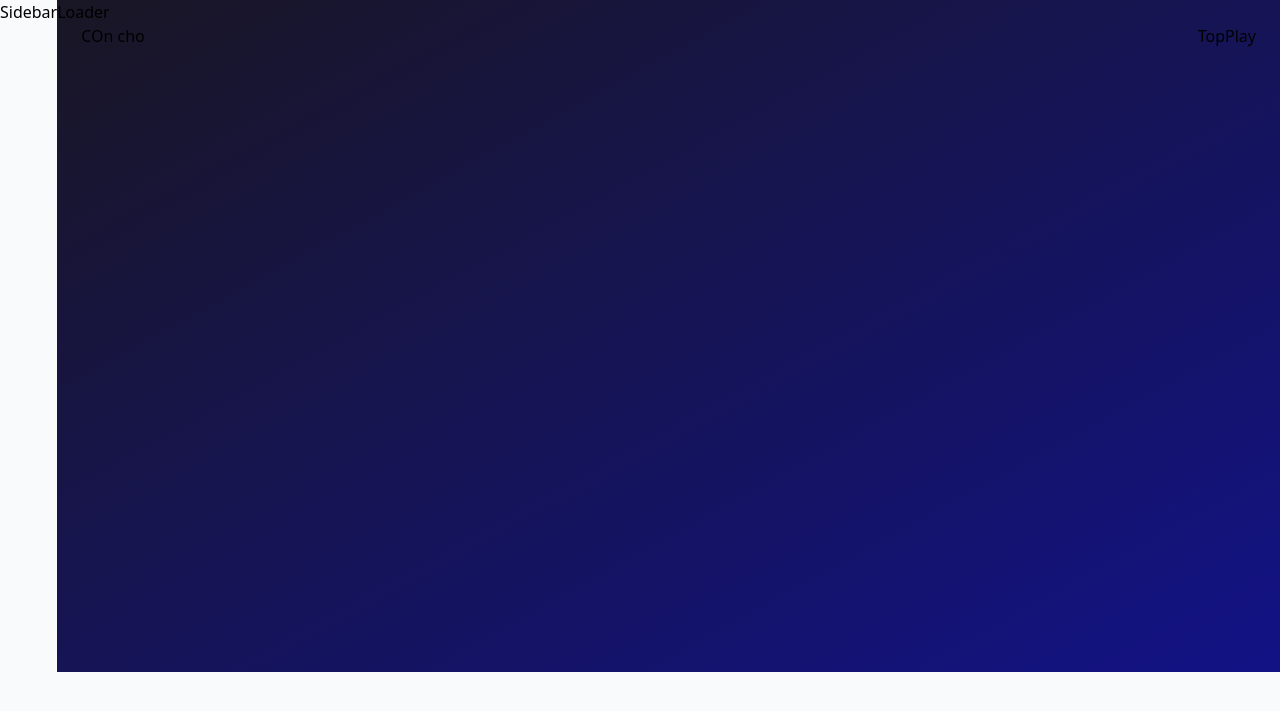
Repository: sonzx117/Sportify
Page: / (app in lyriks_starter_code/)
These files come from the project's save history. The page is drawn as it stood at one moment and after a run of saves; the edit follows.
The browser window is 1280 px wide. The pictures show the whole page.
The project was rebuilt for these pictures with package versions that can differ from the ones it lists, and the page was loaded fresh each time. Also part of the build but not shown: lyriks_starter_code/vite.config.js, lyriks_starter_code/src/components/SongCard.jsx, lyriks_starter_code/src/components/ArtistCard.jsx, lyriks_starter_code/src/components/DetailsHeader.jsx, lyriks_starter_code/src/components/PlayPause.jsx, lyriks_starter_code/src/components/SongBar.jsx, lyriks_starter_code/src/components/RelatedSongs.jsx, lyriks_starter_code/src/components/MusicPlayer/Controls.jsx and 13 more.

Above is the page before, as saved 2023-12-27 16:03:02.

After the next 2 saves:
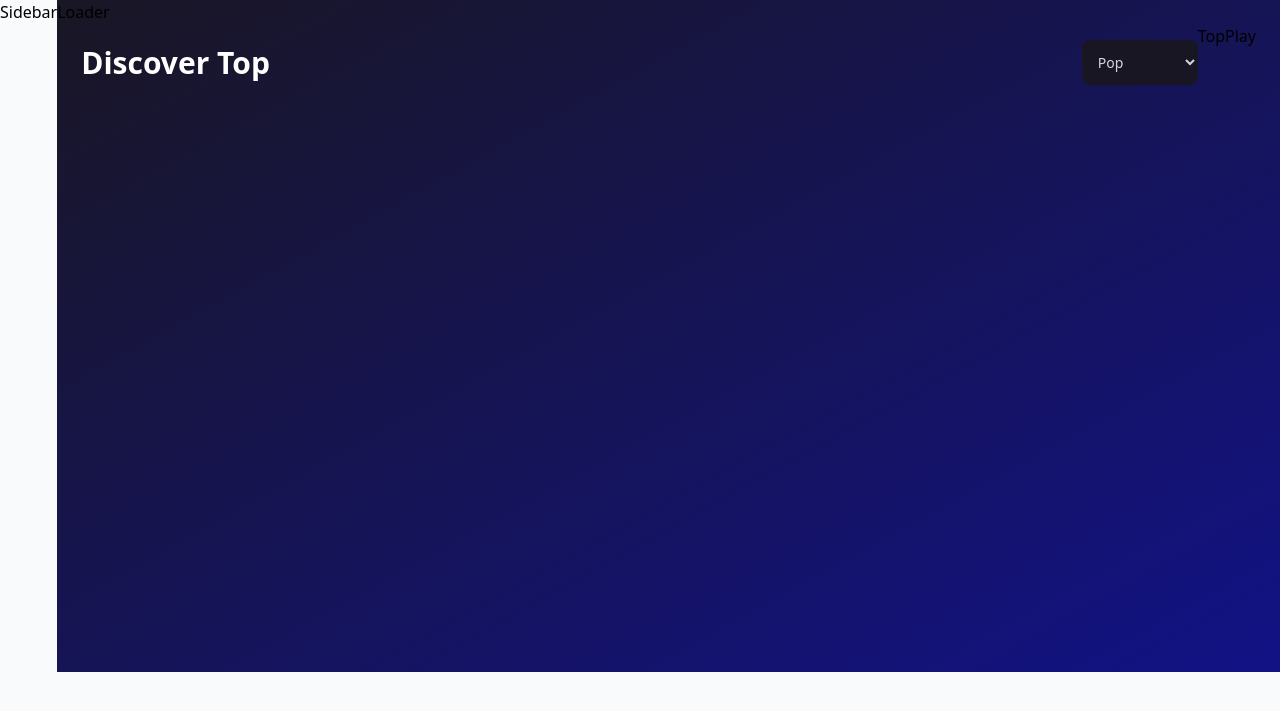
The 2 saves are shown as one change because 1 did not build or start.
The last was saved 9 min 58 s later.
--- a/lyriks_starter_code/src/pages/Discover.jsx
+++ b/lyriks_starter_code/src/pages/Discover.jsx
@@ -1,13 +1,18 @@
 import { Error, Loader } from '../components';
 import { genres } from '../assets/constants';
 
+const genreTitle = "Top";
 const Discover = () => {
   console.log(genres);
   return (
       <div className='flex flex-col'>
-          <h2>
-              COn cho
-          </h2>
+      <div className='w-full flex justify-between items-center sm:flex-row flex-col mt-4 mb-10'>
+
+        <h2 className='font-bold text-3xl text-white text-left'>Discover {genreTitle}</h2>
+        <select onChange={()=>{}} value="" className='bg-black text-gray-300 p-3 text-sm rounded-lg outline-none sm:mt-0 mt-5'>
+          {genres.map((genre) => <option>{genre.title}</option>)}
+        </select>
+          </div>
     </div>
   );
 };
